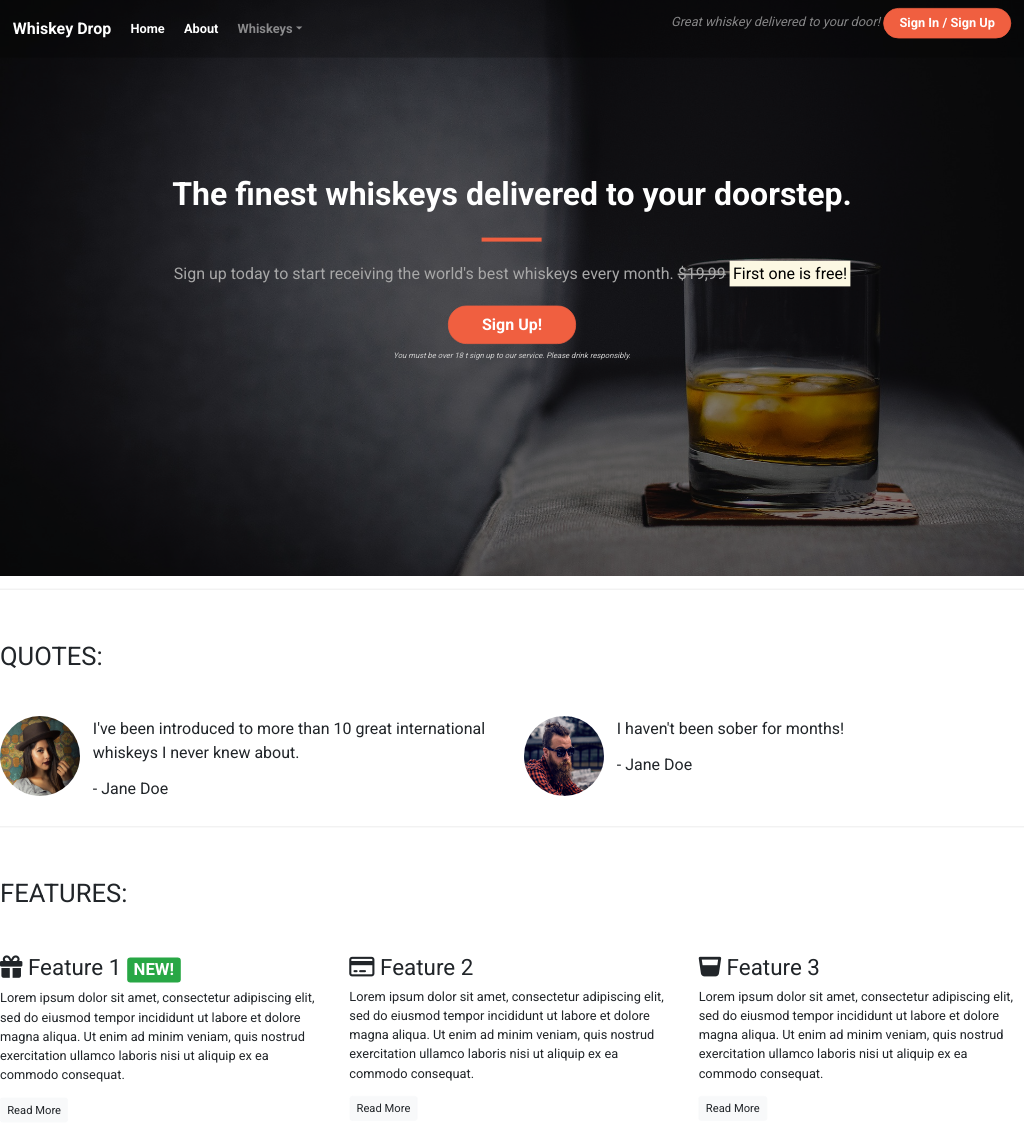
Repository: nitr-am/whiskey-project
Page: index.html
The author's editor kept a record of every edit. The page is drawn from the files as they stood at one moment, then again after the next edit.
The browser window is 1280 px wide. The page is 1295 px wide, so the pictures cover 1295 px, including what lies to the right of the window. The pictures show the whole page, at 80% of full size.
Backgrounds fixed to the window are drawn as part of the page. Some web libraries are served in a nearby version.

Above is the page before.

After the next edit:
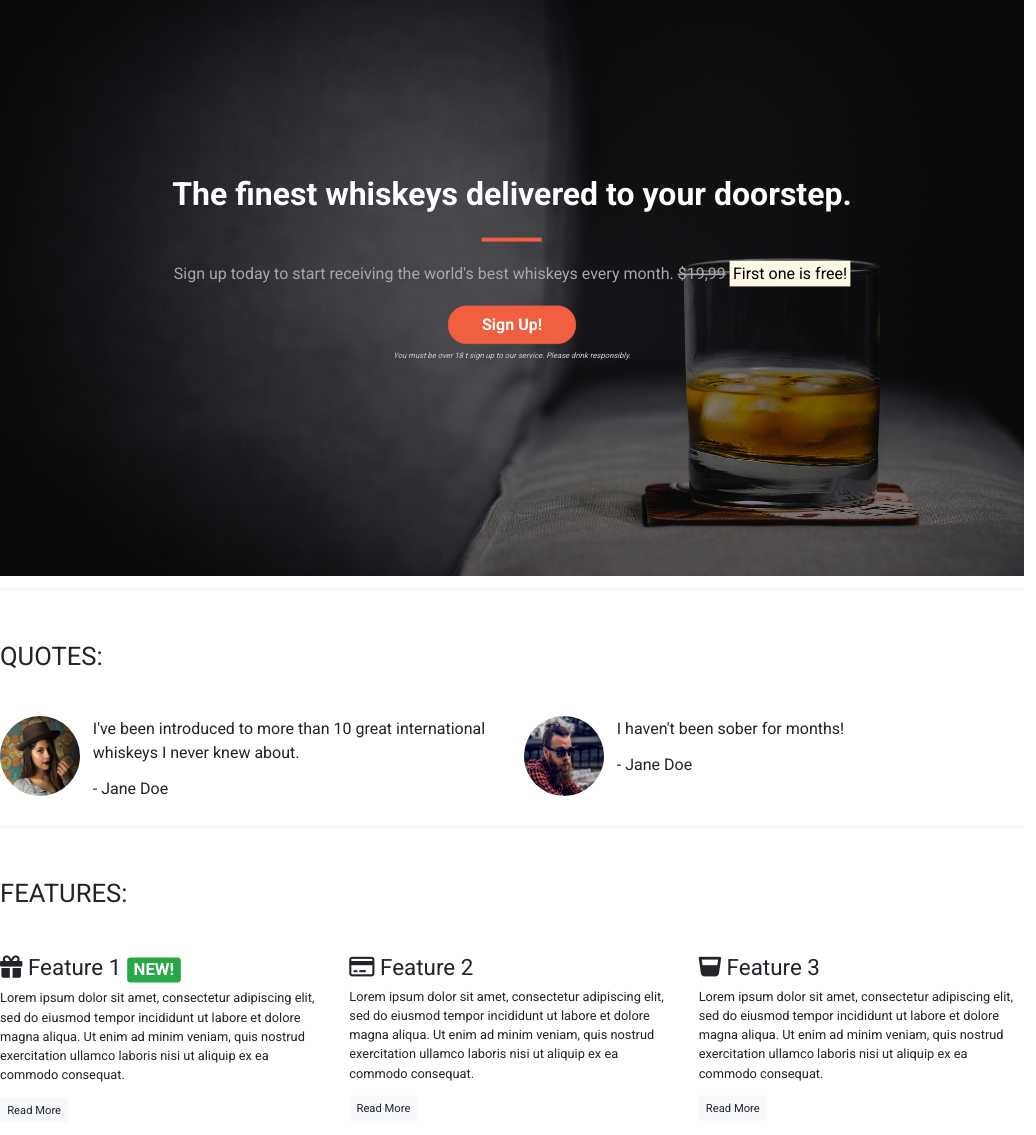
The edit:
--- a/index.html
+++ b/index.html
@@ -12,6 +12,16 @@
 </head>
 
 <body>
+      <!--
+   <div class="container alert-container">
+        <div class="row d-none d-sm-block">
+            <div class="col-12">
+                <div class="alert alert-warning"><strong>Sale Now On!</strong> We've got a sale on. Get a 12-month subscription for the price of 6! <a href="#">See here for details!</a>
+                </div>
+            </div>
+        </div>
+    </div>
+
     <div class="container-fluid navalert-container">
         <nav class="navbar navbar-dark navbar-expand-sm">
             <a href="#" class="navbar-brand">Whiskey Drop</a>
